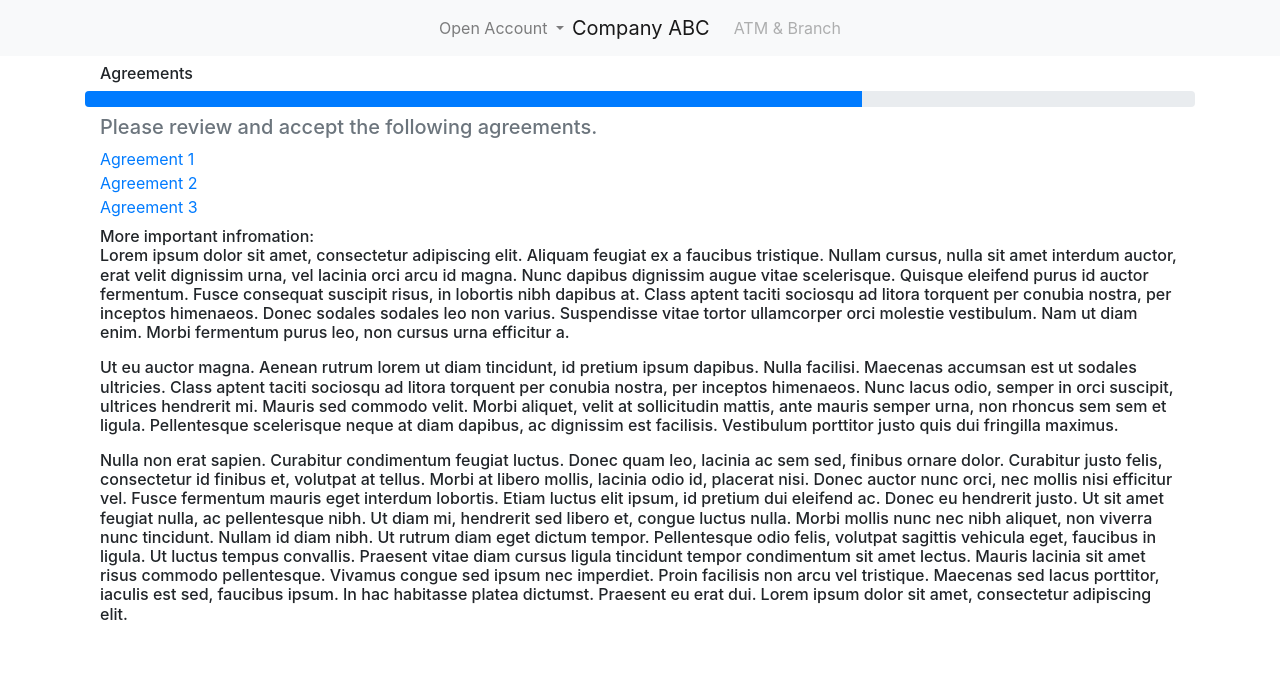
Repository: barriosan95/banking-opening-account-demo
Page: http://localhost/checking/application/customerInfo/finances/agreements
The author's editor kept a record of every edit. The page is drawn from the files as they stood at one moment, then again after the next edit.
The browser window is 1280 px wide. The pictures show the whole page.
Some web fonts or font styles are not loaded; a fallback is used. Some web libraries are served in a nearby version. The page is served by the project's Node server (index.js).

Above is the page before.

After the next edit:
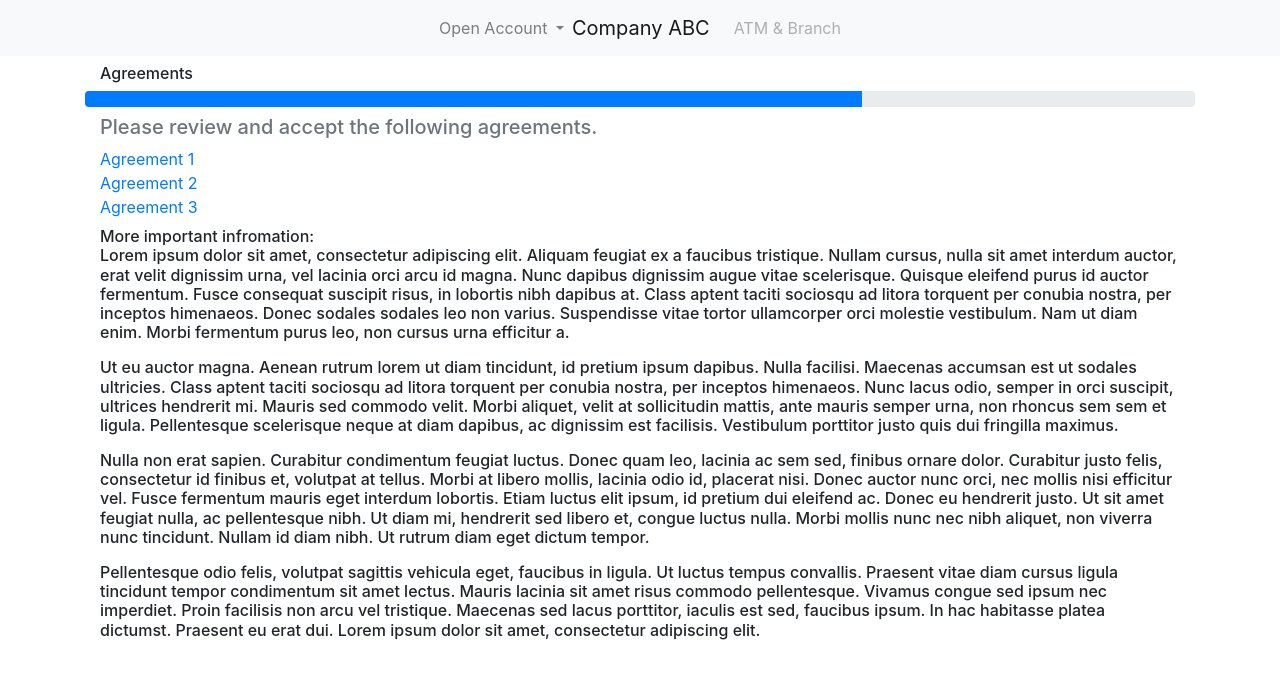
The edit:
--- a/views/agreement_app.ejs
+++ b/views/agreement_app.ejs
@@ -31,8 +31,12 @@
 
             <p>
             Nulla non erat sapien. Curabitur condimentum feugiat luctus.
-            Donec quam leo, lacinia ac sem sed, finibus ornare dolor. Curabitur justo felis, consectetur id finibus et, volutpat at tellus. Morbi at libero mollis, lacinia odio id, placerat nisi. Donec auctor nunc orci, nec mollis nisi efficitur vel. Fusce fermentum mauris eget interdum lobortis. Etiam luctus elit ipsum, id pretium dui eleifend ac. Donec eu hendrerit justo.
-            Ut sit amet feugiat nulla, ac pellentesque nibh. Ut diam mi, hendrerit sed libero et, congue luctus nulla. Morbi mollis nunc nec nibh aliquet, non viverra nunc tincidunt. Nullam id diam nibh. Ut rutrum diam eget dictum tempor. Pellentesque odio felis, volutpat sagittis vehicula eget, faucibus in ligula. Ut luctus tempus convallis.
+            Donec quam leo, lacinia ac sem sed, finibus ornare dolor. Curabitur justo felis, consectetur id finibus et, volutpat at tellus. Morbi at libero mollis, lacinia odio id, placerat nisi.
+            Donec auctor nunc orci, nec mollis nisi efficitur vel. Fusce fermentum mauris eget interdum lobortis. Etiam luctus elit ipsum, id pretium dui eleifend ac. Donec eu hendrerit justo.
+            Ut sit amet feugiat nulla, ac pellentesque nibh. Ut diam mi, hendrerit sed libero et, congue luctus nulla. Morbi mollis nunc nec nibh aliquet, non viverra nunc tincidunt.
+            Nullam id diam nibh. Ut rutrum diam eget dictum tempor. </p>
+
+            Pellentesque odio felis, volutpat sagittis vehicula eget, faucibus in ligula. Ut luctus tempus convallis.
             Praesent vitae diam cursus ligula tincidunt tempor condimentum sit amet lectus. Mauris lacinia sit amet risus commodo pellentesque. Vivamus congue sed ipsum nec imperdiet. Proin facilisis non arcu vel tristique. Maecenas sed lacus porttitor, iaculis est sed, faucibus ipsum. In hac habitasse platea dictumst. Praesent eu erat dui. Lorem ipsum dolor sit amet, consectetur adipiscing elit.</p>
         </div>
 
